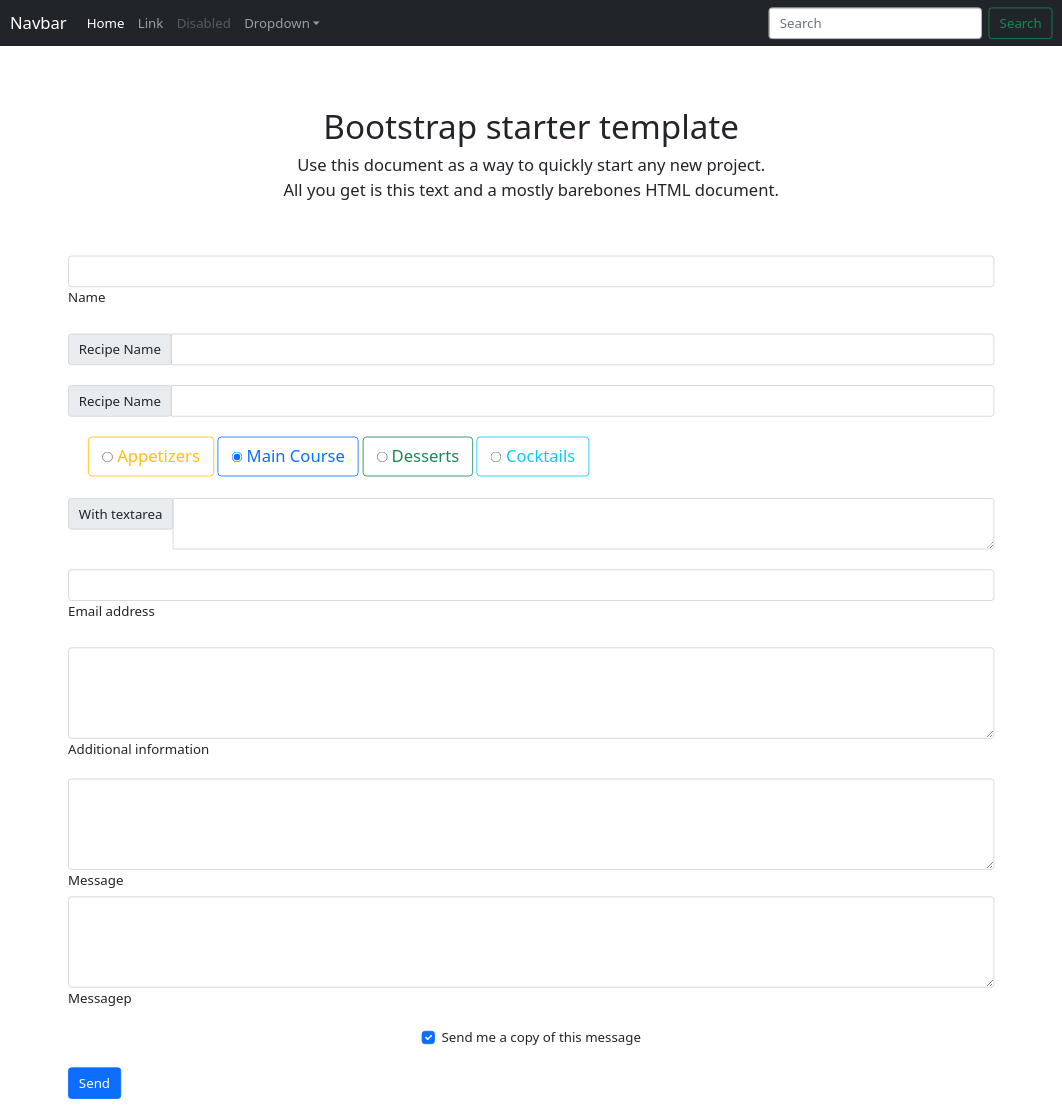
Repository: jerrywthompson/createRecipeWebpageHTML
Page: index.html
These files come from the project's save history. The page is drawn as it stood at one moment and after the next save; the edit follows.
The browser window is 1280 px wide. The pictures show the whole page, at 83% of full size.

Above is the page before, as saved 2021-02-23 22:10:22.

After the next save:
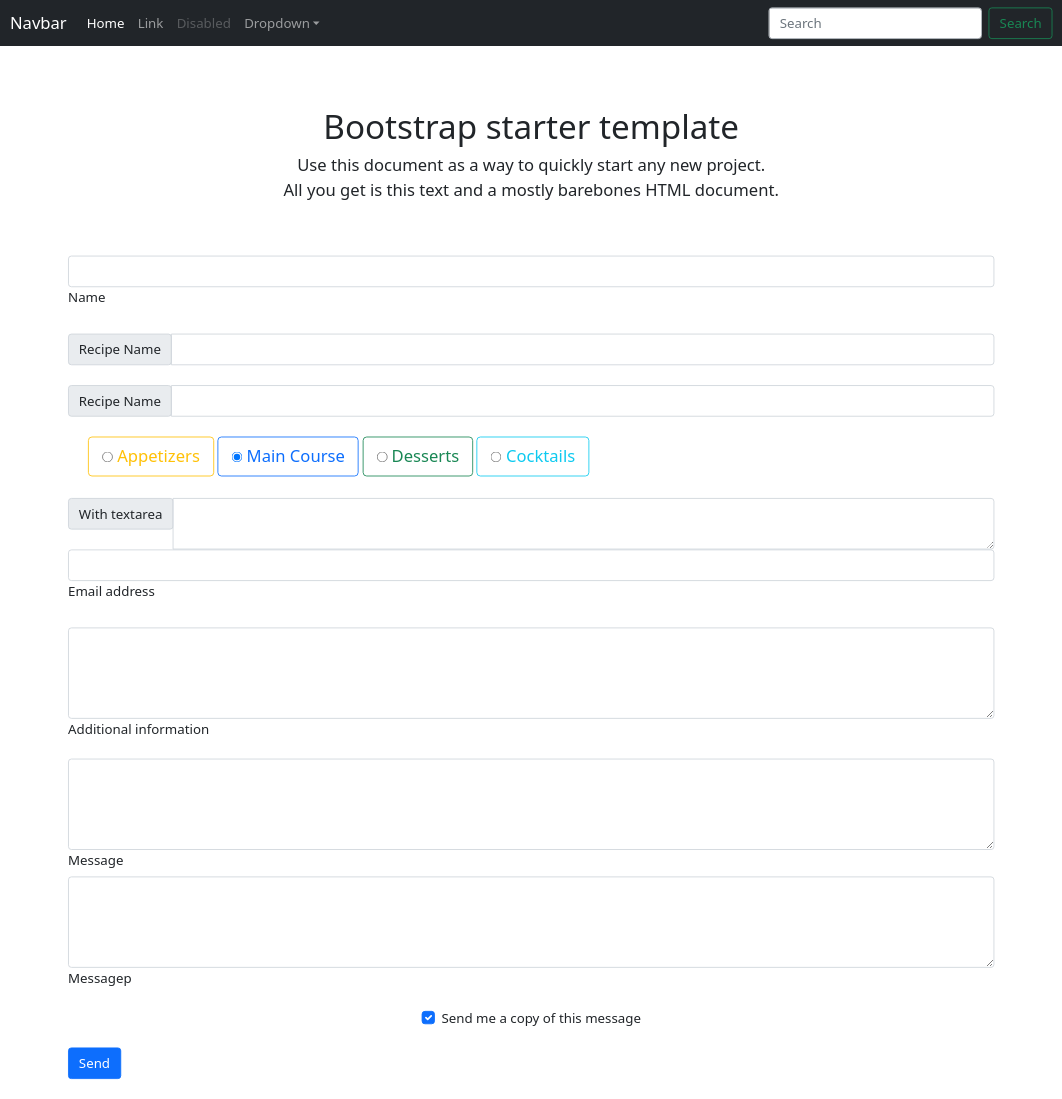
Saved 25 s later.
--- a/index.html
+++ b/index.html
@@ -120,7 +120,7 @@
                             </div>
                         </div>
 
-                        <div class="input-group mb-4">
+                        <div class="input-group">
                             <div class="input-group-prepend">
                                 <span class="input-group-text">With textarea</span>
                             </div>

After the save that followed:
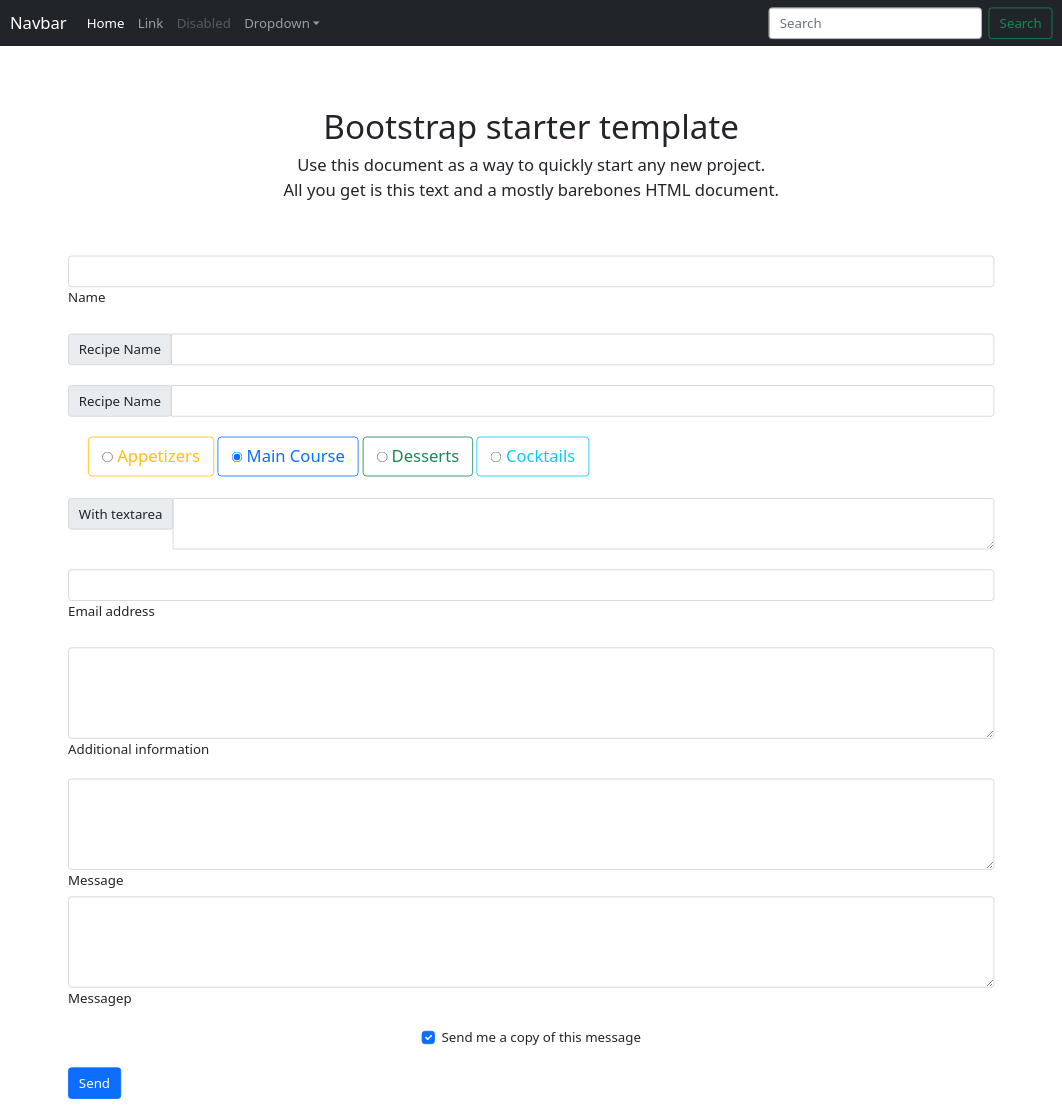
Saved 16 s later.
--- a/index.html
+++ b/index.html
@@ -120,7 +120,7 @@
                             </div>
                         </div>
 
-                        <div class="input-group">
+                        <div class="input-group mb-4">
                             <div class="input-group-prepend">
                                 <span class="input-group-text">With textarea</span>
                             </div>
